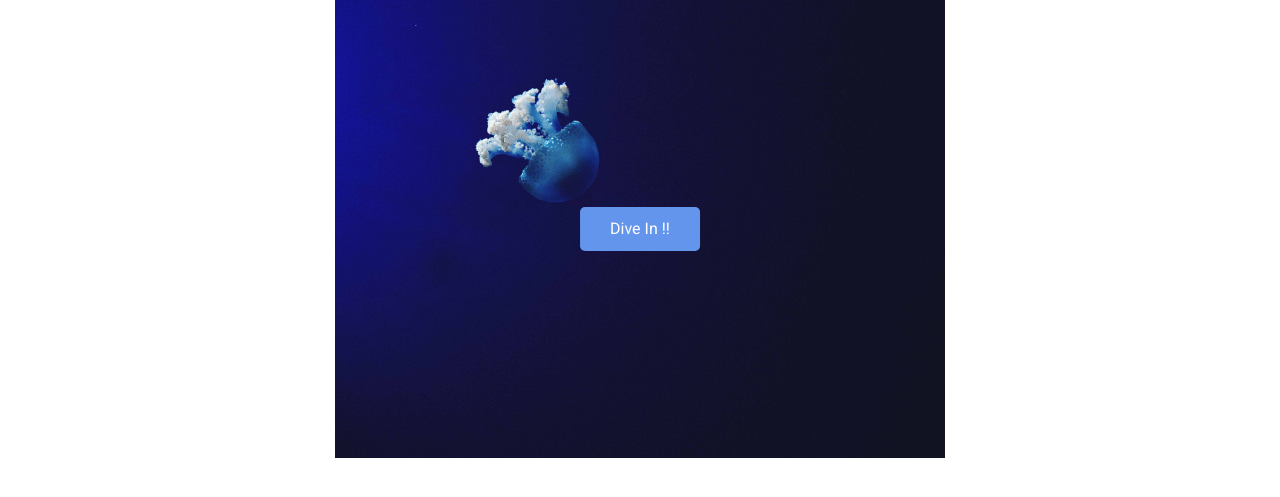
Repository: Code-Institute-Submissions/cathyann-diving.github.io
Page: landing.html
The author's editor kept a record of every edit. The page is drawn from the files as they stood at one moment, then again after the next edit.
The browser window is 1280 px wide. The pictures show the whole page.

Above is the page before.

After the next edit:
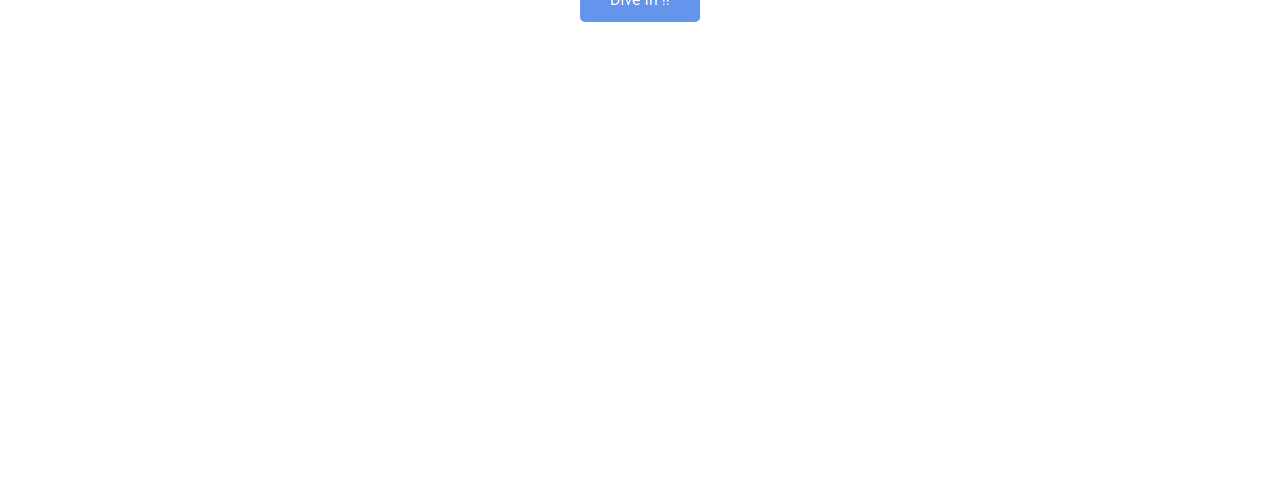
The edit:
--- a/landing.html
+++ b/landing.html
@@ -13,12 +13,7 @@
 </head>
 
 <body>
-    <div class="bg">
-        <button class="btn" style="vertical-align:middle"><span>Dive In !! </span></button>
-    </div>
-
     <div class="container">
-  <img src="jellyfish.jpg" alt="Jellyfish" style="width:100%">
   <button class="btn" style="vertical-align:middle"><span>Dive In !! </span></button>
 </div>
 
